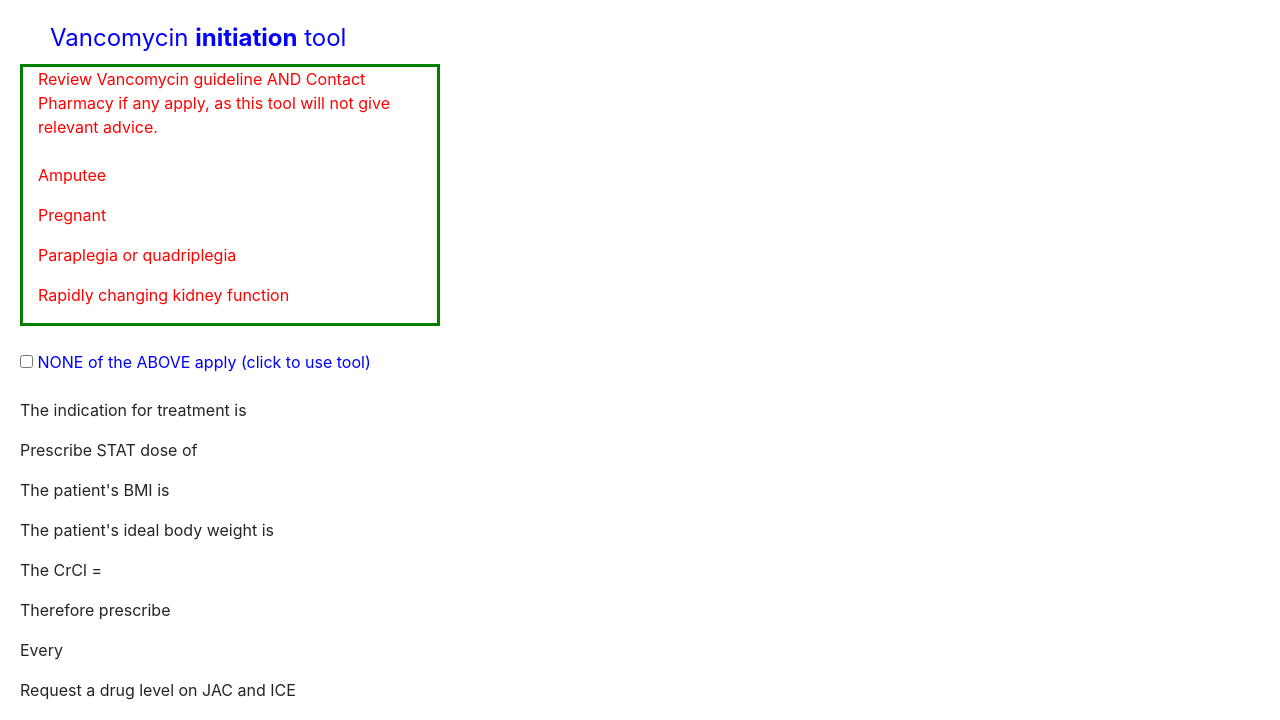
Repository: Mismiles/project-clinical-calculator
Page: index.html
The author's editor kept a record of every edit. The page is drawn from the files as they stood at one moment, then again after the next edit.
The browser window is 1280 px wide. The pictures show the whole page.

Above is the page before.

### index.html
<!doctype html>
<html lang="en">
  <head>
    <!-- Required meta tags -->
    <meta charset="utf-8">
    <meta name="viewport" content="width=device-width, initial-scale=1, shrink-to-fit=no">

    <!-- Bootstrap CSS -->
    <link rel="stylesheet" href="https://stackpath.bootstrapcdn.com/bootstrap/4.3.1/css/bootstrap.min.css" integrity="sha384-ggOyR0iXCbMQv3Xipma34MD+dH/1fQ784/j6cY/iJTQUOhcWr7x9JvoRxT2MZw1T" crossorigin="anonymous">

    <!-- Custom CSS -->
    <link href="css/stylesheet.css" rel="stylesheet">

    <title>Vancomycin calculation tool</title>

  </head>
  <body>

<form name="vanc">
<fieldset>

<!-- Form Name -->
<legend>Vancomycin <b>initiation</b> tool</legend>

<!-- Parameters -->
  <div class="col-lg-4 statement" for="parameters" style="color:red">Review Vancomycin guideline AND Contact<br>Pharmacy if any apply, as this tool will not give<br>relevant advice.
    <br>
    <br>
    <p>Amputee</p>
    <p>Pregnant</p>
    <p>Paraplegia or quadriplegia</p>
    <p>Rapidly changing kidney function</p>
	</div>


<!-- Safe to use tool-->
	<br>
	<div style="color:blue">
      <input type="checkbox" name="parameters" id="showform" onclick="displayForm()">
      NONE of the ABOVE apply (click to use tool)
</div>

<section id='vancform'>
<!-- Indication-->
<br>
<div class="form-group">
  <label class="col-md-4 control-label" for="indication"><b>Indication</b></label>
  <div class="col-md-4">
  <input id="ind" name="indication" type="text" autocomplete="off" placeholder="Specify" class="form-control input-md" required="">
  </div>
</div>

<!-- Gender -->
<div class="form-group">
  <label class="col-md-4 control-label" for="gender"><b>Gender</b></label>
  <div class="col-md-4">
   <div class="btn-group btn-group-toggle" data-toggle="buttons">
  <label class="btn btn-outline-primary">
    <input type="radio" name="options" id="male" value="male" onclick="getGender()"> Male
  </label>
  <label class="btn btn-outline-danger">
    <input type="radio" name="options" id="female" value="female" onclick="getGender()"> Female
  </label>
</div>
  </div>
</div>

<!-- Age-->
<div class="form-group">
  <label class="col-md-4 control-label" for="age"><b>Age</b></label>
  <div class="col-md-4">
  <input id="age" name="age" type="text" maxlength="3" placeholder="Age in years" autocomplete="off" class="form-control input-md" required="">
  </div>
</div>

<!-- Weight-->
<div class="form-group">
  <label class="col-md-4 control-label" for="weight"><b>Weight in kg</b></label>
  <div class="col-md-4">
  <input id="weight" name="weight" type="text" maxlength="3" placeholder="Weight in kg" autocomplete="off" class="form-control input-md" required="">
</div>
</div>

<!-- Date picker-->
<div class="form-group">
        <label class="col-md-4 control-label" for="date"><b>Date Weight Taken</b></label>
          <div class="col-md-4">
        <input id="form-control input-md date" name="date" autocomplete="off" placeholder="MM/DD/YYY" type="date" required="" onclick="verifyDate()">
          </div>
</div>
<p id="datemessage"></p>

  <br>
  <div class="checkbox">
    <label for="parameters-0">
      <input type="radio" name="parameters" id="abnormalWeight" value="" onclick="displayHeight()">
      Abnormal Weight (BMI &lt; 18.5 OR BMI &gt; 25) <br><span style="color:green"><i>Tick to help calculate BMI</i></span>
    </label>
	</div>

	 <div class="checkbox">
    <label for="parameters-1">
      <input type="radio" name="parameters" id="normalweight" value="" onclick="displayHeight()">
      Normal weight (BMI &gt; 18.5 and &lt; 25)
    </label>
	</div>
</div>
</div>

<br>
<!-- Height-->
<section id="heightbox" class="form-group">
  <label class="col-md-4 control-label" for="height"><b>Height</b></label>
  <div class="col-md-4">
  <input id="height" name="height" type="text" maxlength="3" autocomplete="off" placeholder="Height in cm" class="form-control input-md" required="">
</div>
</section>

<!-- Creatinine-->
<div class="form-group">
  <label class="col-md-4 control-label" for="creatinine"><b>Serum Creatinine in µmol/L</b></label>
  <div class="col-md-4">
  <input id="creatinine" name="creatinine" type="text" autocomplete="off" maxlength="3" placeholder="Creatinine" class="form-control input-md" data-bind="value:replyNumber" required="">
  </div>
</div>

<!-- Button -->
<div class="form-group">
  <label class="col-md-4 control-label" for="calculate"></label>
  <div class="col-md-4">
    <script type="text/javascript" src="js/calculation.js"></script>
    <button id="calc" name="calculate" type="button" class="btn btn-primary" onclick="runCalcs();" >Display dose and monitoring advice</button>
  </div>
</div>

</fieldset>
</form>
</section>

<br>
<p id="indication">The indication for treatment is</p>
<p id="stat_dose">Prescribe STAT dose of</p>
<p id="bmi_calc">The patient's BMI is</p>
<p id="ibw_text">The patient's ideal body weight is</p>
<p id="result_g">The CrCl =</p>
<p id="output_text">Therefore prescribe</p>
<p id="output_text">Every <b></b></p>
<p id="output_text">Request a drug level on JAC and ICE</p>



<!-- Image carousel -->
  <div id="carouselExampleIndicators" class="carousel slide row" data-ride="carousel">
  <ol class="carousel-indicators">
    <li data-target="#carouselExampleIndicators" data-slide-to="0" class="active"></li>
    <li data-target="#carouselExampleIndicators" data-slide-to="1"></li>
    <li data-target="#carouselExampleIndicators" data-slide-to="2"></li>
    <li data-target="#carouselExampleIndicators" data-slide-to="3"></li>
    <li data-target="#carouselExampleIndicators" data-slide-to="4"></li>
    <li data-target="#carouselExampleIndicators" data-slide-to="5"></li>
    <li data-target="#carouselExampleIndicators" data-slide-to="6"></li>
    <li data-target="#carouselExampleIndicators" data-slide-to="7"></li>
    <li data-target="#carouselExampleIndicators" data-slide-to="8"></li>
    <li data-target="#carouselExampleIndicators" data-slide-to="9"></li>
  </ol>
  <div class="carousel-inner">
    <div class="carousel-item active">
      <img class="d-block w-60" src="images/vanc1.jpg" alt="First slide">
    </div>
    <div class="carousel-item">
      <img class="d-block w-60" src="images/app1.jpg" alt="Second slide">
    </div>
    <div class="carousel-item">
      <img class="d-block w-60" src="images/app2.jpg" alt="Third slide">
    </div>
    <div class="carousel-item">
      <img class="d-block w-60" src="images/app3.jpg" alt="Fourth slide">
    </div>
    <div class="carousel-item">
      <img class="d-block w-60" src="images/app41.jpg" alt="Fifth slide">
    </div>
    <div class="carousel-item">
      <img class="d-block w-60" src="images/app42.jpg" alt="Sixth slide">
    </div>
     <div class="carousel-item">
      <img class="d-block w-60" src="images/app43.jpg" alt="Seventh slide">
    </div>
     <div class="carousel-item">
      <img class="d-block w-60" src="images/app5.jpg" alt="Eigth slide">
     </div>
     <div class="carousel-item">
      <img class="d-block w-60" src="images/app6.jpg" alt="Ninth slide">
     </div>
  </div>

  <a class="carousel-control-prev" href="#carouselExampleIndicators" role="button" data-slide="prev">
    <span class="carousel-control-prev-icon" aria-hidden="true"></span>
    <span class="sr-only">Previous</span>
  </a>
  <a class="carousel-control-next" href="#carouselExampleIndicators" role="button" data-slide="next">
    <span class="carousel-control-next-icon" aria-hidden="true"></span>
    <span class="sr-only">Next</span>
  </a>
</div>


    <!-- jQuery first, then Popper.js, then Bootstrap JS -->
    <script src="https://code.jquery.com/jquery-3.3.1.slim.min.js" integrity="sha384-q8i/X+965DzO0rT7abK41JStQIAqVgRVzpbzo5smXKp4YfRvH+8abtTE1Pi6jizo" crossorigin="anonymous"></script>
    <script src="https://cdnjs.cloudflare.com/ajax/libs/popper.js/1.14.7/umd/popper.min.js" integrity="sha384-UO2eT0CpHqdSJQ6hJty5KVphtPhzWj9WO1clHTMGa3JDZwrnQq4sF86dIHNDz0W1" crossorigin="anonymous"></script>
    <script src="https://stackpath.bootstrapcdn.com/bootstrap/4.3.1/js/bootstrap.min.js" integrity="sha384-JjSmVgyd0p3pXB1rRibZUAYoIIy6OrQ6VrjIEaFf/nJGzIxFDsf4x0xIM+B07jRM" crossorigin="anonymous"></script>

        <!-- Calulation JavaScript Code-->
    <script type="text/javascript" href="js/calculation.js"></script>

  </body>
</html>

### css/stylesheet.css
body {
    position: relative;
    font-size: 1em;
    margin-left: 20px;
    margin-top: 20px;

}

legend {
    padding-left: 30px;
    color: blue;
}

.statement {
 border-style: solid;
 border-color: green;
 white-space: nowrap;
 width: 470px;
 overflow: hidden;
 text-overflow: ellipsis;
  }

 .showform {
     color: blue;
 }

#heightbox{
  display: none;
}

#vancform {
  display: none;
}

.datemessage{
    color: red;
}


.carousel {
  width:740px;
  height:860px;
  display: none !important;
}

### js/calculation.js
//declare global variables
    var w = document.getElementById('weight');
    var a = window.document.getElementById('age');
    var h = window.document.getElementById('height');
    var c = window.document.getElementById('creatinine');
    var m = document.getElementById("male");
    var f = document.getElementById("female");

    console.log('connected');

    // this function displays the form when the checkbox is true
    function displayForm() {
        var checkbox = document.getElementById('showform');
        var vancform = document.getElementById('vancform');

        if (checkbox.checked) {
            vancform.style.display = 'block';
        } else {
            vancform.style.display = 'none';
        }
    }

    //this function displays the height box if abnormal weight is slected
    function displayHeight() {
        var abnormalWeight = document.getElementById('abnormalWeight');
        var heightbox = document.getElementById('heightbox')
        var normalweight = document.getElementById('normalweight')
        var bmiText = document.getElementById('bmi_calc')

        if (abnormalWeight.checked) {
            heightbox.style.display = 'block';
            bmiText.style.display = 'block';
        } else if (normalweight.checked) {
            heightbox.style.display = 'none';
            bmiText.style.display = 'none';
        }
    }

    //indication statement
    function displayIndication() {
        var ind = document.getElementById('ind').value;
        return document.getElementById('indication').innerHTML = "The indication for treatment is " + "<b>" + ind + "<b>";
    }

        // Initial dose calculation
        var vDose;

        function dose() {
            //get the input
            var weight = w.value;

            if (isNaN(weight)) {
                vDose = "<em>Weight</em>must be a number!";
            } else if (weight < 40) {
                vDose = "750"+"mg";
            } else if (weight >=40 && weight<= 59) {
                vDose = "1000"+"mg";
            } else if (weight >=60 && weight<= 90) {
                vDose = "1500"+"mg";
            } else if (weight >90) {
                vDose = "2000"+"mg";
            }
            document.getElementById("stat_dose").innerHTML = "Prescribe STAT dose of " + "<b>" + vDose + "<b>";
        }


        //Calculate BMI
        var bmi;
        function calculateBmi() {
            var weight = w.value;
            var height = h.value;
            var normalweight = document.getElementById('normalweight')

            if (isNaN(weight)) {
                bmi = "<em>Weight</em>must be a number!";
            }else if (isNaN(height)) {
                bmi = "<em>Height</em>must be a number!";
            }else if (normalweight.checked) {
                bmi = "The patient's BMI is normal";
            }else {
                bmi = weight/(height/100*height/100);
        }
            document.getElementById("bmi_calc").innerHTML = "The patient's BMI is  " + "<b>" + bmi.toFixed(2) + "<b>";
        }


                // If overweight, calculate IBW
                var IBW;
        function idealBodyWeight () {

            var formula = 0.91 * (h.value - 152.4)
            if (bmi > 25 && m.checked) {
                IBW = 50 + formula;
            }
            if (bmi > 25 && f.checked) {
                 IBW = 45 + formula;
            }
            document.getElementById("ibw_text").innerHTML = "The patient's Ideal body weight is  " + "<b>" + IBW.toFixed(2) + "kg<b>";
        }

        // Crcl without gender or creatinine adjustment
        var CrCl0;
        function creatClear() {
            var creatinine = c.value;
            //get age, weight, creatinie
            var weight = w.value;
            var age = a.value;
            if (age < 18) {
                CrCl0 = "<em>Age</em> cannot equal less than 18!";
            } else if (isNaN(age)) {
                CrCl0 = "<em>Age</em> must be a number!";
            } else if (isNaN(weight)) {
                CrCl0 = "<em>Weight</em> must be a number!";
            } else if (isNaN(creatinine)) {
                CrCl0 = "<em>Creatinine</em> must be a number!";
            } else {
                CrCl0 = ((140-age)*weight);
            }
        }

        //CrCl with gender adjustment
        var genderCalc;
        function kidneygender(){

        var male = m.checked;
        var female = f.checked;
            if (male){
                genderCalc = CrCl0 *1.23;
            } else{
                genderCalc = CrCl0 *1.04;
            }
            document.getElementById("result_g").innerHTML = "The CrCl =  " + "<b>" + (genderCalc/c.value).toFixed(2) + "</b>";
        }


        function runCalcs() {
            dose();
            calculateBmi();
            displayIndication();
            creatClear();
            kidneygender();
            idealBodyWeight();
        }

After the next edit:
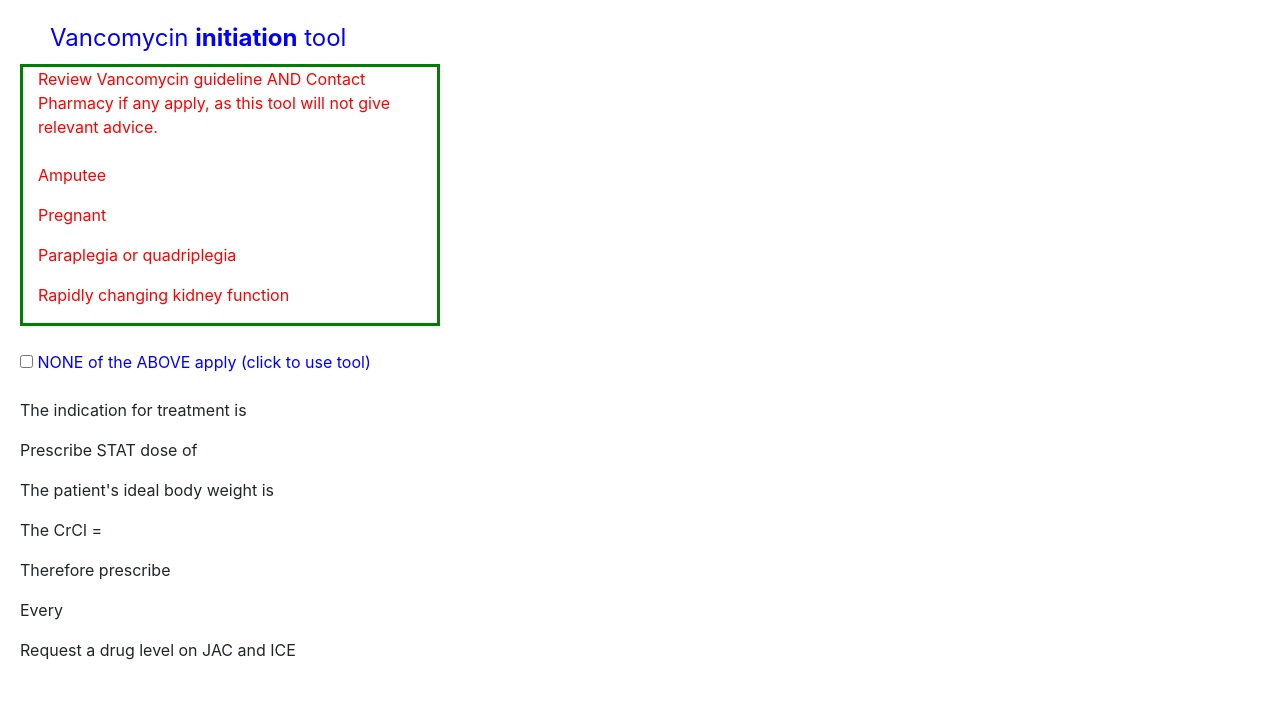
The edit:
--- a/css/stylesheet.css
+++ b/css/stylesheet.css
@@ -28,6 +28,10 @@
   display: none;
 }
 
+#bmi_calc{
+    display: none;
+}
+
 #vancform {
   display: none;
 }
